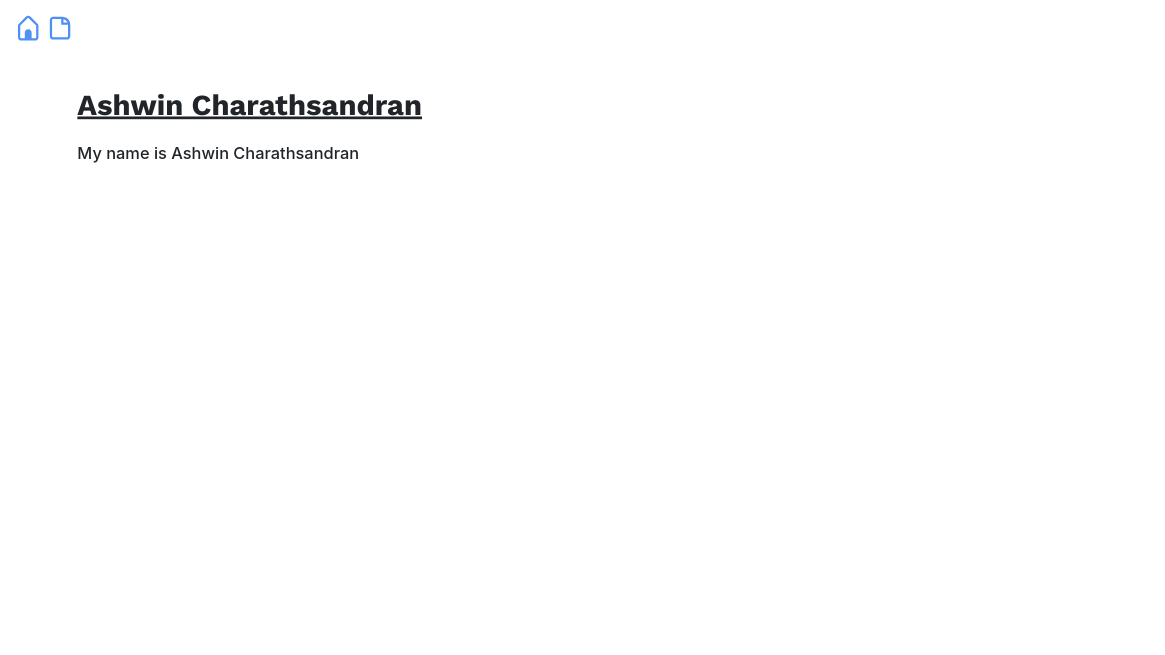
Repository: xxiz/ashwin.lol_flask
Page: http://localhost/
An editor plug-in stored every save of this project. The page is shown before and after the next save, followed by the edit.
The browser window is 1280 px wide. The pictures show the whole page, at 91% of full size.
The page is served by the project's application, run on Flask 3 (app.py).

Above is the page before, as saved 2021-08-29 20:29:42.

After the next save:
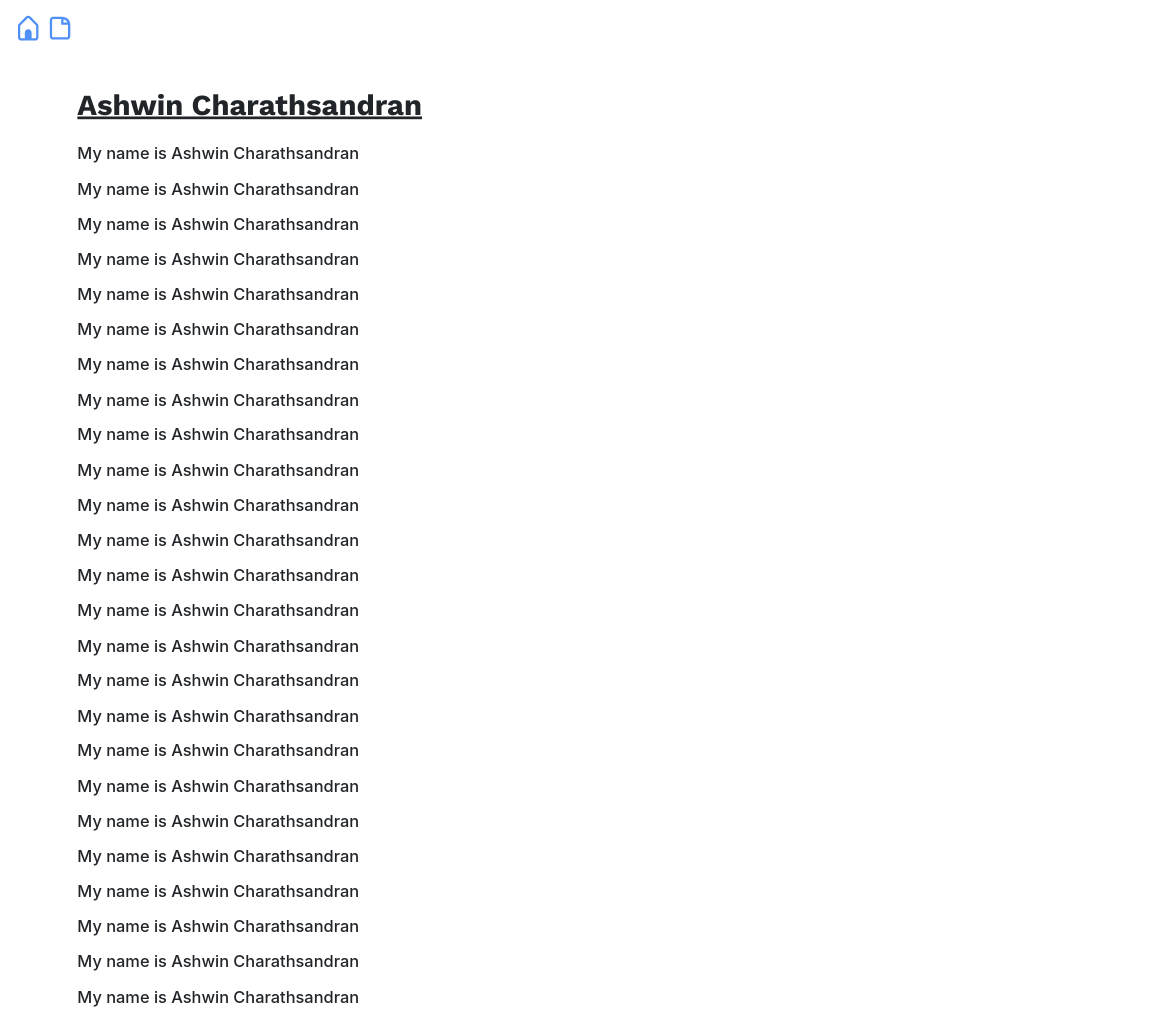
Saved 42 s later.
--- a/templates/index.html
+++ b/templates/index.html
@@ -2,4 +2,28 @@
 {% block content %}
     <h1>Ashwin Charathsandran</h1>
     <h3 class="description">My name is Ashwin Charathsandran</h3>
+    <h3 class="description">My name is Ashwin Charathsandran</h3>
+    <h3 class="description">My name is Ashwin Charathsandran</h3>
+    <h3 class="description">My name is Ashwin Charathsandran</h3>
+    <h3 class="description">My name is Ashwin Charathsandran</h3>
+    <h3 class="description">My name is Ashwin Charathsandran</h3>
+    <h3 class="description">My name is Ashwin Charathsandran</h3>
+    <h3 class="description">My name is Ashwin Charathsandran</h3>
+    <h3 class="description">My name is Ashwin Charathsandran</h3>
+    <h3 class="description">My name is Ashwin Charathsandran</h3>
+    <h3 class="description">My name is Ashwin Charathsandran</h3>
+    <h3 class="description">My name is Ashwin Charathsandran</h3>
+    <h3 class="description">My name is Ashwin Charathsandran</h3>
+    <h3 class="description">My name is Ashwin Charathsandran</h3>
+    <h3 class="description">My name is Ashwin Charathsandran</h3>
+    <h3 class="description">My name is Ashwin Charathsandran</h3>
+    <h3 class="description">My name is Ashwin Charathsandran</h3>
+    <h3 class="description">My name is Ashwin Charathsandran</h3>
+    <h3 class="description">My name is Ashwin Charathsandran</h3>
+    <h3 class="description">My name is Ashwin Charathsandran</h3>
+    <h3 class="description">My name is Ashwin Charathsandran</h3>
+    <h3 class="description">My name is Ashwin Charathsandran</h3>
+    <h3 class="description">My name is Ashwin Charathsandran</h3>
+    <h3 class="description">My name is Ashwin Charathsandran</h3>
+    <h3 class="description">My name is Ashwin Charathsandran</h3>
 {% endblock %}

After the save that followed:
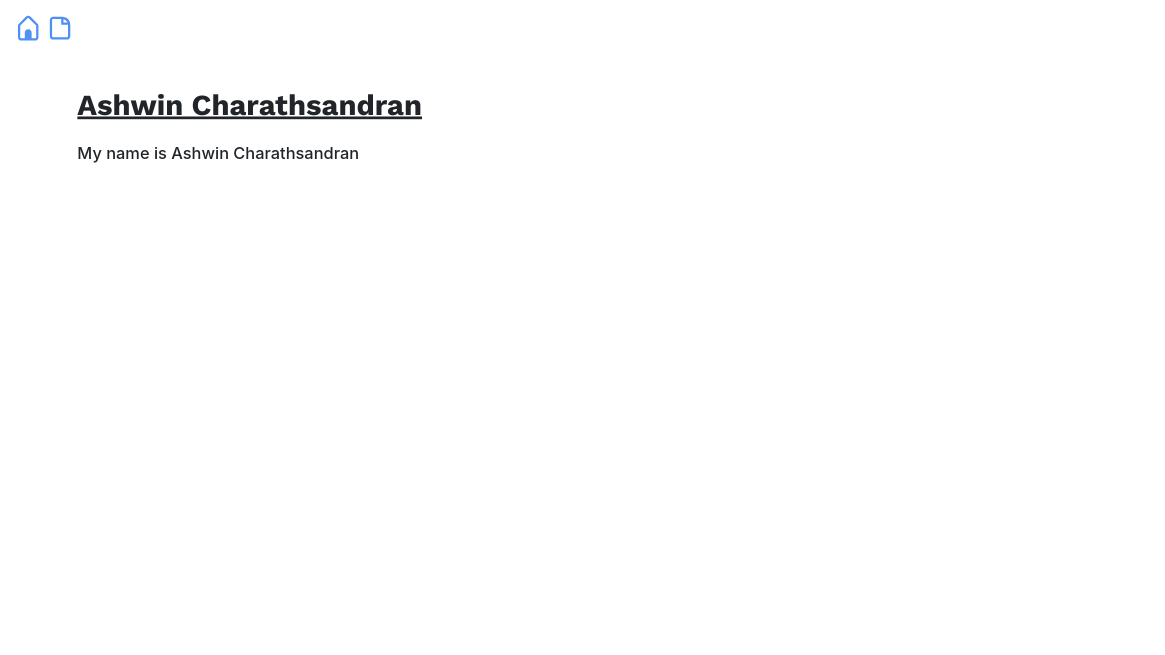
Saved 9 s later.
--- a/templates/index.html
+++ b/templates/index.html
@@ -2,28 +2,4 @@
 {% block content %}
     <h1>Ashwin Charathsandran</h1>
     <h3 class="description">My name is Ashwin Charathsandran</h3>
-    <h3 class="description">My name is Ashwin Charathsandran</h3>
-    <h3 class="description">My name is Ashwin Charathsandran</h3>
-    <h3 class="description">My name is Ashwin Charathsandran</h3>
-    <h3 class="description">My name is Ashwin Charathsandran</h3>
-    <h3 class="description">My name is Ashwin Charathsandran</h3>
-    <h3 class="description">My name is Ashwin Charathsandran</h3>
-    <h3 class="description">My name is Ashwin Charathsandran</h3>
-    <h3 class="description">My name is Ashwin Charathsandran</h3>
-    <h3 class="description">My name is Ashwin Charathsandran</h3>
-    <h3 class="description">My name is Ashwin Charathsandran</h3>
-    <h3 class="description">My name is Ashwin Charathsandran</h3>
-    <h3 class="description">My name is Ashwin Charathsandran</h3>
-    <h3 class="description">My name is Ashwin Charathsandran</h3>
-    <h3 class="description">My name is Ashwin Charathsandran</h3>
-    <h3 class="description">My name is Ashwin Charathsandran</h3>
-    <h3 class="description">My name is Ashwin Charathsandran</h3>
-    <h3 class="description">My name is Ashwin Charathsandran</h3>
-    <h3 class="description">My name is Ashwin Charathsandran</h3>
-    <h3 class="description">My name is Ashwin Charathsandran</h3>
-    <h3 class="description">My name is Ashwin Charathsandran</h3>
-    <h3 class="description">My name is Ashwin Charathsandran</h3>
-    <h3 class="description">My name is Ashwin Charathsandran</h3>
-    <h3 class="description">My name is Ashwin Charathsandran</h3>
-    <h3 class="description">My name is Ashwin Charathsandran</h3>
 {% endblock %}
